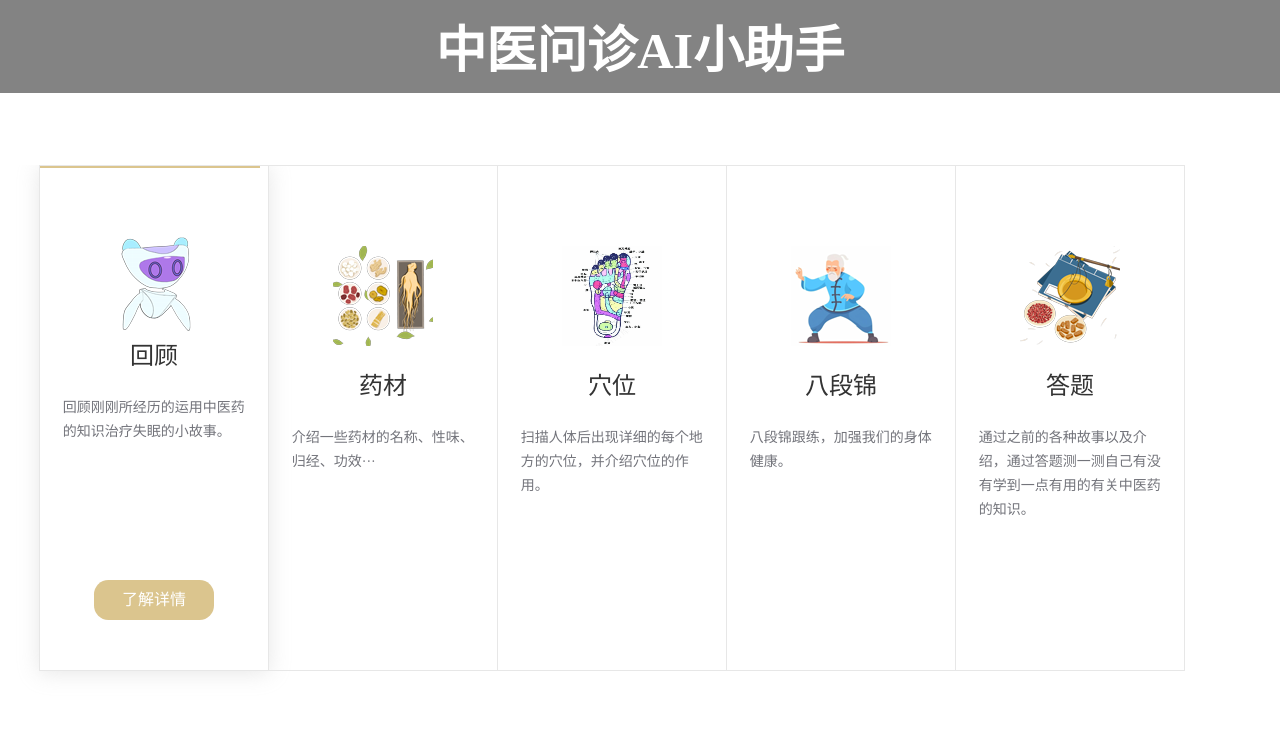
Repository: chjyume/zhongyi
Page: shouye.html
These files come from the project's save history. The page is drawn as it stood at one moment and after the next save; the edit follows.
The browser window is 1280 px wide. The pictures show the whole page.

Above is the page before, as saved 2023-09-11 21:11:23.

### shouye.html
<!DOCTYPE html>
<html>

<head>
	<meta charset="UTF-8">
	<title>主菜单</title>

	<link rel="stylesheet" type="text/css" href="css/shouye.css" />
	<script src="js/jquery-1.11.3.min.js"></script>

</head>

<body>
	<header class="top-bar">
		<h1>中医问诊AI小助手</h1>
	</header>
	<div class="ai_card">
		<div class="w1200">
			<ul>
				<li class="active">
					<div class="info">
						<div class="img">
							<img src="img/robot.png" />
						</div>
						<h3>回顾</h3>
						<p>回顾刚刚所经历的运用中医药的知识治疗失眠的小故事。</p>
					</div>
					<a href="#" class="btn">了解详情</a>
				</li>
				<li>
					<div class="info">
						<div class="img">
							<img src="img/yaocai.png" />
						</div>
						<h3>药材</h3>
						<p>介绍一些药材的名称、性味、归经、功效···</p>
					</div>
					<a href="#" class="btn">了解详情</a>
				</li>
				<li>
					<div class="info">
						<div class="img">
							<img src="img/xuewei.png" />
						</div>
						<h3>穴位</h3>
						<p>扫描人体后出现详细的每个地方的穴位，并介绍穴位的作用。</p>
					</div>
					<a href="#" class="btn">了解详情</a>
				</li>
				<li>
					<div class="info">
						<div class="img">
							<img src="img/baduanjin.png" />
						</div>
						<h3>八段锦</h3>
						<p>八段锦跟练，加强我们的身体健康。</p>
					</div>
					<a href="#" class="btn">了解详情</a>
				</li>
				<li>
					<div class="info">
						<div class="img">
							<img src="img/dati.png" />
						</div>
						<h3>答题</h3>
						<p>通过之前的各种故事以及介绍，通过答题测一测自己有没有学到一点有用的有关中医药的知识。</p>
					</div>
					<a href="#" class="btn">了解详情</a>
				</li>
			</ul>
		</div>
	</div>

	<script type="text/javascript">
		$(function () {
			$('.ai_card ul li').hover(function () {
				$(this).addClass('active').siblings().removeClass('active');
			})
		})
	</script>

</body>

</html>

### css/shouye.css
* {
	margin: 0;
	padding: 0;
	font-family: "microsoft yahei";
}
.top-bar {
	background-color: #3333339a;
	color: #fff;
	padding: 10px;
	text-align: center;
}

.top-bar h1 {
	font-size: 7vh;
	margin: 0;
}
ul, ol {
	list-style: none;
}
a {
	text-decoration: none;
}
.w1200 {
	width: 1200px;
	margin: 0 auto;
	height: auto;
}
.w1200:after {
	content: "";
	width: 0;
	height: 0;
	display: block;
	clear: both;
}
.ai_card {
	margin-top: 10vh;
	width: 100%;
	height: auto;
	overflow: hidden;
	padding-bottom: 80px;
}
.ai_card h2.t {
	padding-top: 80px;
	font-size: 36px;
	text-align: center;
	font-weight: normal;
}
.ai_card p.sub_t {
	padding-top: 15px;
	font-size: 16px;
	text-align: center;
	padding-bottom: 60px;
}
.ai_card ul {
	padding-bottom: 70px;
}
.ai_card ul li {
	float: left;
	position: relative;
	width: 19%;
	height: 70vh;
	border: 1px solid #e7e7e7;
	margin-left: -1px;
	z-index: 10;
}

.ai_card ul li:before {
	content: "";
	width: 0px;
	height: 2px;
	background:rgb(219,197,142);
	top: 0;
	left: 0;
	position: absolute;
	z-index: 999;
	transition: 1s;
}
.ai_card ul li .info {
	position: absolute;
	top: 80px;
	width: 100%;
	left: 0;
	transition: 0.5s;
}
.ai_card ul li .info .img {
	width: 100%;
	height: 90px;
	text-align: center;
}
.ai_card ul li .info h3 {
	font-weight: normal;
	color: #333;
	padding-top: 30px;
	padding-bottom: 25px;
	font-size: 24px;
	text-align: center;
}
.ai_card ul li .info p {
	width: 80%;
	height: 85px;
	line-height: 24px;
	margin: 0 auto;
	color: #73747b;
	font-size: 14px;
}
.ai_card ul li a.btn {
	position: absolute;
	width: 120px;
	height: 40px;
	line-height: 40px;
	display: block;
	left: 50%;
	margin-left: -60px;
	bottom: 50px;
	color: #fff;
	background: rgb(219, 197, 142);
	opacity: 0;
	border-radius: 2vh;
	transition: 0.5s;
	font-size: 16px;
	text-align: center;
}
.ai_card ul li.active {
	box-shadow: 0 2px 20px rgba(175, 175, 175, 0.3);
}
.ai_card ul li.active:before {
	width: 30.5vh;
	height: 2px;
}
.ai_card ul li.active .info {
	top: 50px;
	transition: 0.5s;
	-moz-transition: 0.5s;
	-webkit-transition: 0.5s;
	-o-transition: 0.5s;
}
.ai_card ul li.active a.btn {
	opacity: 1;
}

Loaded but not shown: js/jquery-1.11.3.min.js (library)

After the next save:
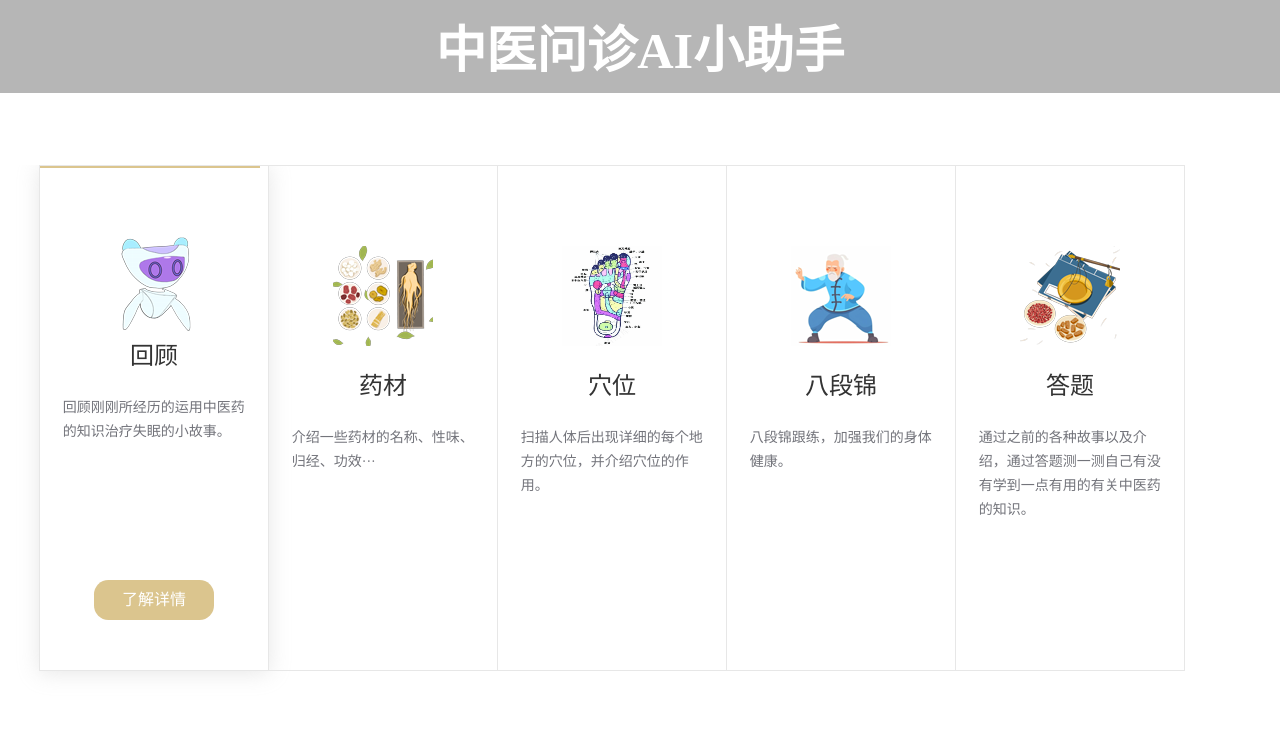
Saved 16 s later.
--- a/css/shouye.css
+++ b/css/shouye.css
@@ -4,7 +4,7 @@
 	font-family: "microsoft yahei";
 }
 .top-bar {
-	background-color: #3333339a;
+	background-color: #3333335b;
 	color: #fff;
 	padding: 10px;
 	text-align: center;
